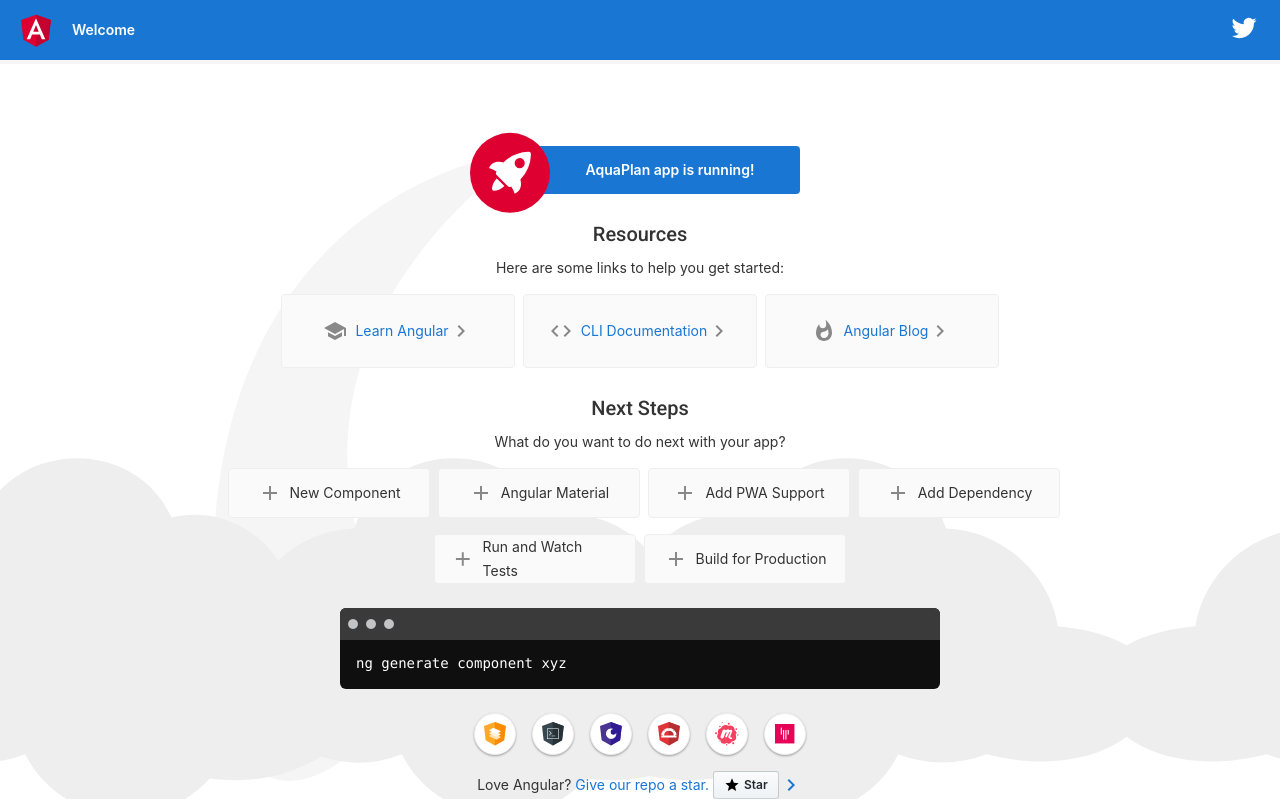
Repository: thomasgor/AquaPlan
Page: / (app in AquaPlan/)
These files come from the project's save history. The page is drawn as it stood at one moment and after the next save; the edit follows.
The browser window is 1280 px wide. The pictures show the whole page.
The project was rebuilt for these pictures with package versions that can differ from the ones it lists, and the page was loaded fresh each time. Also part of the build but not shown: AquaPlan/angular.json, AquaPlan/src/app/cost-calculator/cost-calculator.component.ts.

Above is the page before, as saved 2020-09-16 20:39:21.

After the next save:
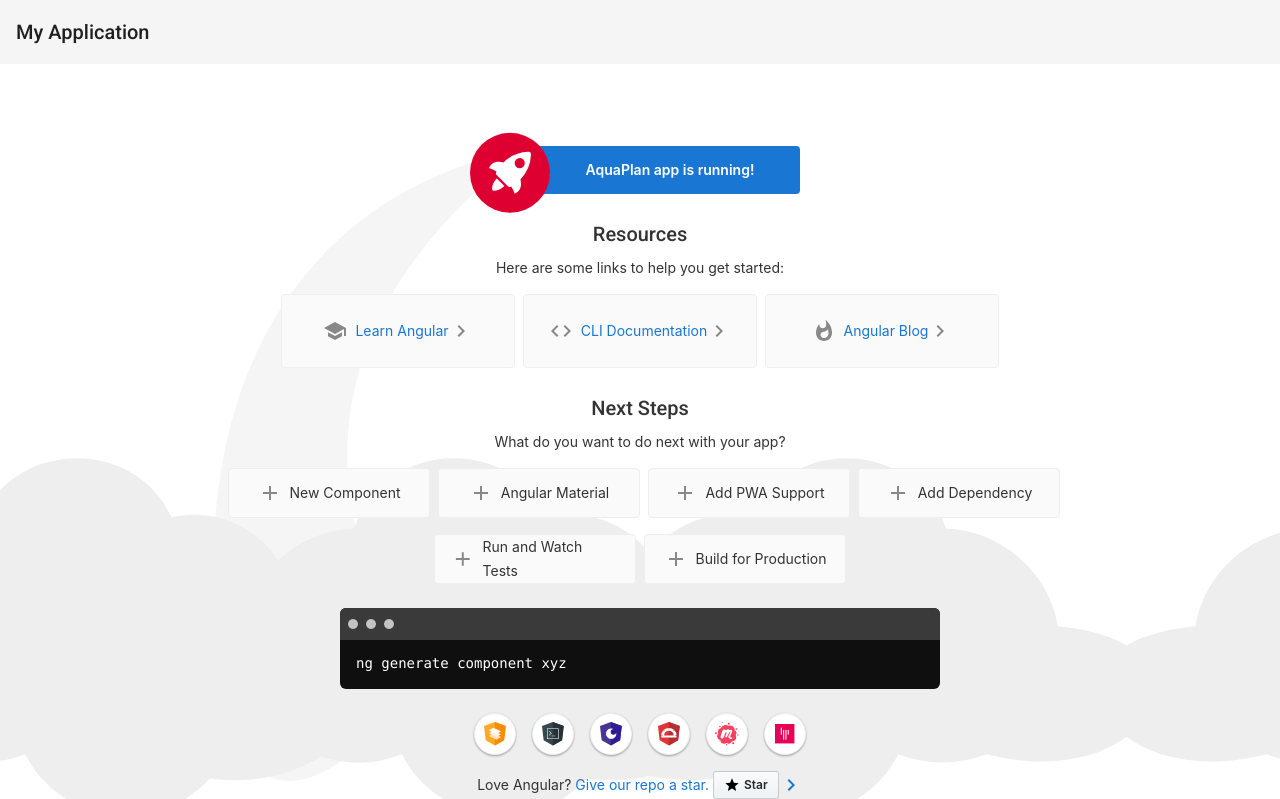
Saved 41 s later.
--- a/AquaPlan/src/app/app.component.html
+++ b/AquaPlan/src/app/app.component.html
@@ -317,7 +317,7 @@
 
 
 <!-- Toolbar -->
-<div class="toolbar" role="banner">
+<!-- <div class="toolbar" role="banner">
   <img width="40" alt="Angular Logo"
     src="data:[embedded picture, 522 characters]" />
   <span>Welcome</span>
@@ -330,7 +330,7 @@
         fill="#fff" />
     </svg>
   </a>
-</div>
+</div> -->
 
 <div class="content" role="main">
 
